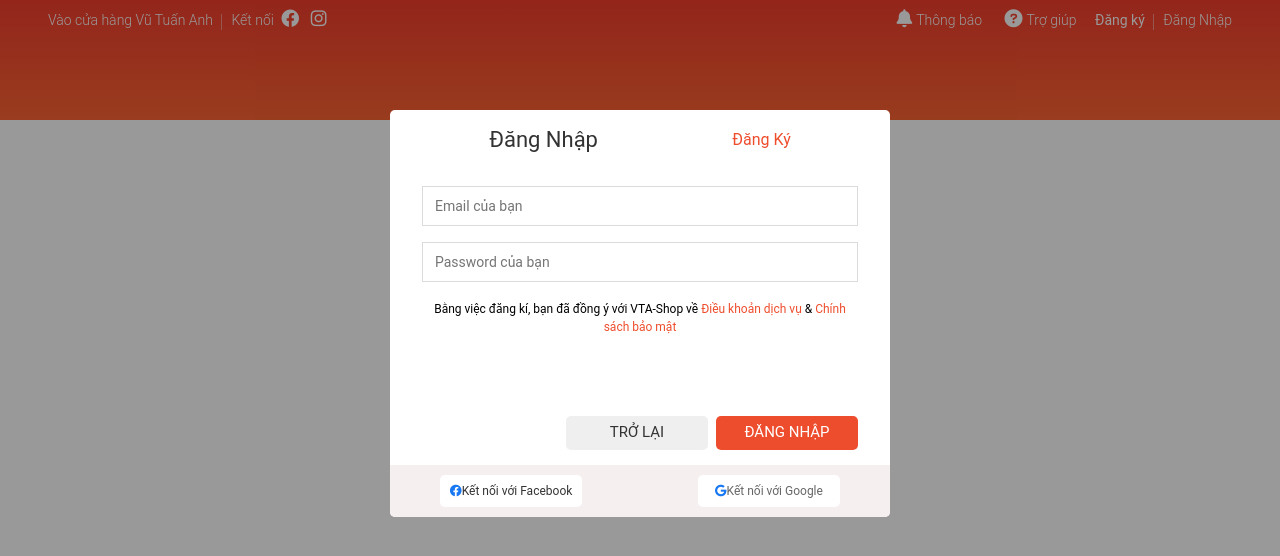
Repository: VuTuanAnh0949/Shopee
Page: index.html
The author's editor kept a copy of each file at every save. The page is drawn from the files as they stood at one save, then again after the next save.
The browser window is 1280 px wide. The pictures show the whole page.

Above is the page before, as saved 2022-02-16 15:50:18.

### index.html
<!DOCTYPE html>
<html lang="en">

<head>
    <meta charset="UTF-8" />
    <meta http-equiv="X-UA-Compatible" content="IE=edge" />
    <meta name="viewport" content="width=device-width, initial-scale=1.0" />
    <title>Shopee</title>
    <link rel="stylesheet" href="https://cdnjs.cloudflare.com/ajax/libs/normalize/8.0.1/normalize.min.css" />
    <link rel="stylesheet" href="./assets/css/base.css" />
    <link rel="stylesheet" href="./assets/css/main.css" />
    <link rel="stylesheet" href="./assets/fonts/fontawesome-free-6.0.0-web/css/all.min.css">
    <link rel="stylesheet" href="https://fonts.googleapis.com/css?family-Roboto:300, 400, 500,78
0&display=swap&subset=vietnamese" rel="stylesheet" />

</head>

<body>
    <!-- Block Element Modifier -->
    <div class="app">
        <header class="header">
            <div class="grid">
                <nav class="header__navbar">
                    <ul class="header__navbar-list">
                        <li class="header__navbar-item header__navbar-item--has-qr header__navbar-item--separate">Vào cửa hàng Vũ Tuấn Anh
                            <div class="header__qr">
                                <img src="./assets/img/QR_code.png" alt="QR Code" class="header__qr-img">
                                <div class="header__qr-apps">
                                    <a href="" class="header__qr-link"><img src="./assets/img/Google_Play.png" alt="Google Play" class="header__qr-dowload-img">
                                    </a>
                                    <img src="./assets/img/App_store.png" alt="App Store" class="header__qr-dowload-img">
                                </div>
                            </div>
                        </li>
                        <li class="header__navbar-item">
                            <span class="header__navbar-title--no-pointer">Kết nối</span>
                            <a href="" class="header__navbar-icon-link"><i class="header__navbar-icon fa-brands fa-facebook"></i></a>
                            <a href="" class="header__navbar-icon-link"><i class="header__navbar-icon fa-brands fa-instagram"></i></a>
                        </li>
                    </ul>

                    <ul class="header__navbar-list">
                        <li class="header__navbar-item header__navbar-item--has-notification">
                            <a href="" class="header__navbar-item-link"><i class="header__navbar-icon fa-solid fa-bell"></i>Thông báo</a>
                            <div class="header__notification">
                                <header class="header__notification-header">
                                    <h3>Thông báo mới nhận</h3>
                                </header>
                                <ul class="header__notification-list">
                                    <li class="header__notification-item header__notification-viewed">
                                        <a href="" class="header__notification-link">
                                            <img src="https://cf.shopee.vn/file/a2344384834f0903b232953bf8e1d283_tn" alt="" class="header__notification-img">
                                            <div class="header__notification-info">
                                                <span class="header__notification-name">Bàn Phím cơ chính hãng K400-Đen</span>
                                                <span class="header__notification-descriotion">Bàn phím cơ máy tính gaming K550 Pro full Led 7 chế độ hiệu ứng là mẫu bàn phím phù hợp cho văn phòng và game thủ</span>
                                            </div>
                                        </a>
                                    </li>
                                    <li class="header__notification-item">
                                        <a href="" class="header__notification-link">
                                            <img src="https://cf.shopee.vn/file/fbd0d6cd59ae0c260cbdd8d2bdccbe06_tn" alt="" class="header__notification-img">
                                            <div class="header__notification-info">
                                                <span class="header__notification-name">Bàn phím cơ chính hãng K400-Trắng xanh 1</span>
                                                <span class="header__notification-descriotion">Bàn phím cơ máy tính gaming K550 Pro full Led 7 chế độ hiệu ứng là mẫu bàn phím phù hợp cho văn phòng và game thủ</span>
                                            </div>
                                        </a>
                                    </li>
                                    <li class="header__notification-item ">
                                        <a href="" class="header__notification-link">
                                            <img src="https://cf.shopee.vn/file/26989c24e549299dcfb324055082c553" alt="" class="header__notification-img">
                                            <div class="header__notification-info">
                                                <span class="header__notification-name">Bàn phím cơ chính hãng K400-Trắng xanh 2</span>
                                                <span class="header__notification-descriotion">>Bàn phím cơ máy tính gaming K550 Pro full Led 7 chế độ hiệu ứng là mẫu bàn phím phù hợp cho văn phòng và game thủ</span>
                                            </div>
                                        </a>
                                    </li>
                                </ul>
                                <div class="footer header__notification-footer">
                                    <a href="" class="header__notification-footer-btn">Xem tất cả</a>


                                </div>
                            </div>
                        </li>
                        <li class="header__navbar-item">
                            <a href="" class="header__navbar-item-link"><i class="header__navbar-icon fa-solid fa-circle-question"></i>Trợ giúp</a>
                        </li>
                        <li class="header__navbar-item header__navbar-item--strong header__navbar-item--separate">Đăng ký</li>
                        <li class="header__navbar-item header__navbar-ite--strong"> Đăng Nhập</li>
                    </ul>
                </nav>
            </div>
        </header>
        <div class="container">

        </div>
        <footer class="footer">

        </footer>
    </div>
    <!-- Modal layout -->
    <div class="modal">
        <div class="modal__overlay"></div>

        <div class="modal__body">

            <!-- Register form -->
        <!--     <div class="auth-form">
                <div class="auth-form__container">
                    <div class="auth-form__container"></div>
                    <div class="auth-form__header">
                        <h3 class="auth-form__heading">Đăng ký</h3>
                        <span class="auth-form__switch-btn">Đăng nhập</span>
                    </div>
                    <div class="auth-form__form">
                        <div class="auth-form__group">
                            <input type="text" class="auth-form__input" placeholder="Email của bạn">
                        </div>
                        <div class="auth-form__group">
                            <input type="password" class="auth-form__input" placeholder="Password của bạn">
                        </div>
                        <div class="auth-form__group">
                            <input type="password" class="auth-form__input" placeholder="Nhập lại mật khẩu ">
                        </div>
                    </div>
                    <div class="auth-form__aside">
                        <p class="auth-form__policy-text">
                            Bằng việc đăng kí, bạn đã đồng ý với VTA-Shop về
                            <a href="" class="auth-form__text-link">Điều khoản dịch vụ</a> &
                            <a href="" class="auth-form__text-link">Chính sách bảo mật</a>
                        </p>
                    </div>
                    <div class="auth-form__controls">
                        <button class="btn btn--normal auth-form__controls-back ">TRỞ LẠI</button>
                        <button class="btn btn--primary">ĐĂNG KÝ</button>
                    </div>
                </div>
                <div class="auth-form__socials--facebook">
                    <a href="" class="btn btn--size-s btn--with-icon">
                        <i class="auth-form__socials-icon fa-brands fa-facebook"></i>
                        <span class="auth-form__socials-title">
                            Kết nối với Facebook
                        </span>
                    </a>

                    <a href="" class="auth-form__socials--google btn btn--size-s btn--with-icon">
                        <i class="auth-form__socials-icon fa-brands fa-google"></i>
                        <span class="auth-form__socials-title">
                            Kết nối với Google
                        </span>
                    </a>
                </div>
            </div> -->
<!-- Login form -->
<div class="auth-form">
    <div class="auth-form__container">
        <div class="auth-form__container"></div>
        <div class="auth-form__header">
            <h3 class="auth-form__heading">Đăng Nhập</h3>
            <span class="auth-form__switch-btn">Đăng Ký</span>
        </div>
        <div class="auth-form__form">
            <div class="auth-form__group">
                <input type="text" class="auth-form__input" placeholder="Email của bạn">
            </div>
            <div class="auth-form__group">
                <input type="password" class="auth-form__input" placeholder="Password của bạn">
            </div>

        </div>
        <div class="auth-form__aside">
            <p class="auth-form__policy-text">
                Bằng việc đăng kí, bạn đã đồng ý với VTA-Shop về
                <a href="" class="auth-form__text-link">Điều khoản dịch vụ</a> &
                <a href="" class="auth-form__text-link">Chính sách bảo mật</a>
            </p>
        </div>
        <div class="auth-form__controls">
            <button class="btn btn--normal auth-form__controls-back ">TRỞ LẠI</button>
            <button class="btn btn--primary">ĐĂNG NHẬP</button>
        </div>
    </div>
    <div class="auth-form__socials--facebook">
        <a href="" class="btn btn--size-s btn--with-icon">
            <i class="auth-form__socials-icon fa-brands fa-facebook"></i>
            <span class="auth-form__socials-title">
                Kết nối với Facebook
            </span>
        </a>

        <a href="" class="auth-form__socials--google btn btn--size-s btn--with-icon">
            <i class="auth-form__socials-icon fa-brands fa-google"></i>
            <span class="auth-form__socials-title">
                Kết nối với Google
            </span>
        </a>
    </div>
</div>
        </div>
    </div>
</body>

</html>

### assets/css/base.css
:root {
  --primary-color:#EE4D2D;
  --white-color: #fff;
  --black-color: #000;
  --text-color: #333;
  --border-color:#dbdbdb;
}
* {
  box-sizing: inherit;
}
html {
  font-size: 62.5%;
  line-height: 1.6rem;
  font-family: "Roboto", sans-serif;
  box-sizing: border-box;
}
.grid {
  width: 1200px;
  max-width: 100%;
  margin: 0 auto;
}
.grid__full-width {
  width: 100%;
}
.grid__row {
  display: flex;
  flex-wrap: wrap;
}
/* Animation */
@keyframes fadeIn{
  from{
    opacity: 0;
  }to{
    opacity: 1;
  }
}
/* Modal */
.modal{
  position: fixed;
  top: 0;
  right: 0;
  bottom: 0;
  left: 0;
  display: flex;
}
.modal__overlay{
  position: absolute;
  width: 100%;
  height: 100%;
  background-color: rgba(0,0,0,0.4);
}
.modal__body{
  width: 500px;
  height: 500px;
  margin: auto;
  position: relative;
  z-index: 1;  /* để cho modal nổi lên */
}
/* Button style */
.btn{
  min-width: 142px;
  height: 34px;
  text-decoration: none;
  border:none ;
  border-radius: 5px;
  font-size: 1.5rem;
  padding:0 12px;
  outline: none;
  cursor: pointer;
  color: var(--text-color);
  align-items: center;
 justify-content: center;
}
.btn.btn--normal:hover{
  background-color: rgba(0,0,0,0.05);
}
.btn.btn--size-s{
  height: 32px;
  font-size: 12px;
  padding:0 8px;
}
/* .. dùng để css 1 element có 2 class */
.btn.btn--primary{
  color: var(--white-color);
  background-color: var(--primary-color);
  }
.btn.btn-disabled{
  color: #949494;
  cursor: default;
  background-color: #c3c3c3;
}

### assets/css/main.css
.header{
height: 120px;
background-image:linear-gradient(0, #fe6433, #f53e2d) ;
}
.header__navbar{
  display: flex;
  justify-content: space-between;
}
.header__navbar-list{
list-style: none;
padding-left: 0;
margin-top: 9px;
}
.header__navbar-item{
  margin: 0 8px;
  position: relative;
  min-height: 26px;
}
.header__navbar-item--has-qr:hover .header__qr{
  display: block;
}
.header__navbar-item--has-notification:hover .header__notification{
  display: block;
}
.header__navbar-item,
.header__navbar-item-link{
  display:inline-block;
  font-size: 1.4rem;
  color:var(--white-color);
  text-decoration: none;
  font-weight: 300;
}
.header__navbar-item,
.header__navbar-item-link,
.header__navbar-icon-link{
/*   display: flex; */
  align-items: center;
}
.header__qr::before{
  position: absolute;
  left: 0;
  top: -16px;
  width: 100%;
  height: 20px;
  content: "";
  display: block;

}
.header__navbar-item:hover,
.header__navbar-icon-link:hover,
.header__navbar-item-link:hover{
  cursor: pointer;
  color: rgba(255,255,255,0.7);
}
.header__navbar-item--strong{
  font-weight: 400;
}
.header__navbar-item--separate::after{
  content: "";
  display: block;
  position: absolute;
border-left: 1px solid #FB9086;
height: 16px;
right: -9px;
top: 37%;
transform: translateY(-50%);
}
.header__navbar-icon-link{
  color: var(--white-color);
  text-decoration: none;
}
.header__navbar-icon{
  font-size: 1.8rem;
  margin: 0 4px;
}
.header__navbar-title--no-pointer{
  cursor: text;
  color: var(--white-color);
  text-decoration: none;
}
/* Header QR code */
.header__qr{
  width: 180px;
background-color: var(--white-color);
position: absolute;
left: 0;
top: 100%;
padding: 8px;
border-radius: 5px;
display: none;
animation: fadeIn ease-in 0.3s;
}
.header__qr-img{
width: 100%;
}
.header__qr-apps{
display: flex;
justify-content: space-between;
}
.header__qr-link:nth-child(1){
  margin-left: 11px;
}
.header__qr-link:nth-child(2){
  margin-right: 15px;
}
.header__qr-dowload-img{
  height: 16px;
}
/* header__notification */
.header__notification{
position: absolute ;
top: 27px;
right: 0;
width: 404px;
background-color: var(--white-color);
border-radius: 5px;
border: 1px solid #D3D3D3;
cursor: default;
transform-origin:90% top;
animation:  headerNotificationGrowth ease-in 0.2s;
will-change: opacity, transform;
display: none;
}
.header__notification::before{
content: "";
border-width:20px 30px ;
border-style: solid;
/* Tạo một lớp giá */
border-color:transparent transparent var(--white-color) transparent;
position: absolute;
right: 6px;
top: -30px;
}
/* Giúp di chuột vào quả chuông cạnh nút thông báo không bị mất list thông báo */
.header__notification::after{
  content: "";
  display: block;
  position: absolute;
  height: 20px;
  width: 90px;
  top: -16px;
  right: 0;
 }
@keyframes headerNotificationGrowth{
  from{
    opacity: 0;
    transform: scale(0);
  }to{
    opacity: 1;
    transform: scale(1);
  }
}
.header__notification-header{
  height: 40px;
  background-color: var(--white-color);
  border-radius: 5px;
}
.header__notification-header h3{
  color: #999;
  margin: 0 0 0 12px;
  width: 400;
  font-size: 1.4rem;
  line-height: 40px;
  user-select: none;  /* không cho coppy */
}
.header__notification-list{
padding-left: 0;
}
.header__notification-item{
display: flex;

}
.header__notification-item:hover{
  background-color: #f7f7f7
}
.header__notification-viewed{
  background-color: rgba(238,75,43,0.08);

}
.header__notification-link{
  display: flex;
  width: 100%;
  padding: 12px;
  text-decoration: none;
}
.header__notification-img{
width: 48px;
object-fit: contain;
}
.header__notification-info{
margin-left: 12px;
}
.header__notification-name{
display: block;
font-size: 1.4rem;
color: var(--text-color);
font-weight: 400px;
line-height: 1.8rem;
}
.header__notification-descriotion{
display: block;
font-size: 1.2rem;
line-height: 1.6rem;
color: #765F6E;
margin-top: 4px;
}
.header__notification-footer{
 display: flex;
}
.header__notification-footer-btn{
  text-decoration: none;
  color:var(--text-color);
  width: 100%;
  padding: 8px 0;
  margin: auto;
  font-size: 1.4rem;
  font-weight: 400;
  text-align: center;
}
/* Authen modal */
.auth-form{
  width: 500px;
    background-color: var(--white-color);
  border-radius: 5px;
  overflow: hidden;
}
.auth-form__container{
  padding: 0 32px;
}
.auth-form__header{
  display: flex;
  align-items: center;
  justify-content: space-around;
}
.auth-form__heading{
  font-size: 2.2rem;
  font-weight:400;
  color: var(--text-color);
}
.auth-form__switch-btn{
  font-size: 1.6rem;
  font-weight:400;
  color: var(--primary-color);
  cursor: pointer;
}
.auth-form__form{
}
.auth-form__input{
  width: 100%;
  height: 40px;
  margin-top: 16px;
  padding: 0 12px;
  font-size: 1.4rem;
  border: 1px solid var(--border-color);
  outline: none;
}
/*Dí chuột vào ô input => ô input nháy chuột  */
.auth-form__input:focus{
border-color: #777;
}
.auth-form__aside{
  margin-top: 18px;
}
.auth-form__policy-text{
  font-size: 1.2rem;
  line-height: 1.8rem;
  text-align: center;
  padding: 0 3px;
}
.auth-form__text-link{
  color: var(--primary-color);
  text-decoration: none;
}
.auth-form__controls{
  margin-top: 80px;
  display: flex;
  justify-content: flex-end;
}
.auth-form__controls-back{
  margin-right: 8px;
}
.auth-form__socials{
 background-color: #F5F5F5;
 padding: 16px 36px;
 display: flex;
 justify-content: space-between;
 margin-top: 20px;
}
.auth-form__socials--facebook{
  color: var(--white-color);
  background-color:#f5efef  ;
  display: flex;
  justify-content: space-between;
  margin-top: 15px;

}
/* .auth-form__socials--facebook, */
.auth-form__socials-icon{
color: #1877f2;
}
.auth-form__socials-title{
  margin-top: 0 36px;

}
.auth-form__socials--google{
  color: #666;
  background-color: var(--white-color);
}
.btn--with-icon{
  display: flex;
}
.btn.btn--size-s {
  background-color: white;
margin:10px 50px;

}

Loaded but not shown: assets/fonts/fontawesome-free-6.0.0-web/css/all.min.css (library)

After the next save:
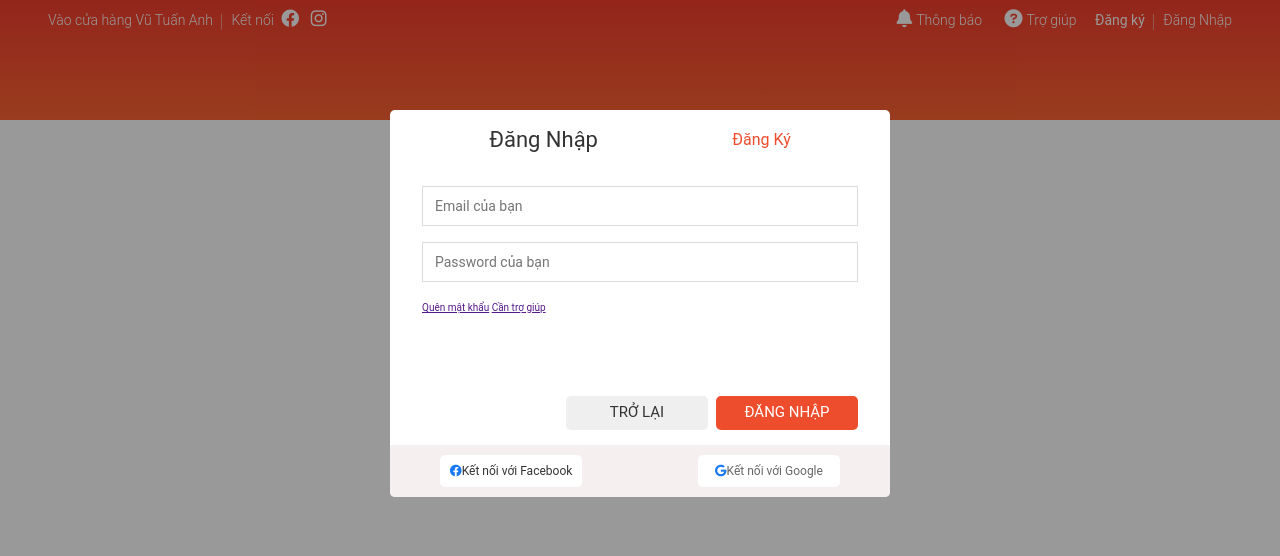
Saved 2 min 32 s later.
--- a/index.html
+++ b/index.html
@@ -169,11 +169,10 @@
 
         </div>
         <div class="auth-form__aside">
-            <p class="auth-form__policy-text">
-                Bằng việc đăng kí, bạn đã đồng ý với VTA-Shop về
-                <a href="" class="auth-form__text-link">Điều khoản dịch vụ</a> &
-                <a href="" class="auth-form__text-link">Chính sách bảo mật</a>
-            </p>
+           <div class="auth-fotm__help">
+               <a href="" class="auth-form__help-link">Quên mật khẩu</a>
+               <a href="" class="auth-form__help-link">Cần trợ giúp</a>
+           </div>
         </div>
         <div class="auth-form__controls">
             <button class="btn btn--normal auth-form__controls-back ">TRỞ LẠI</button>
